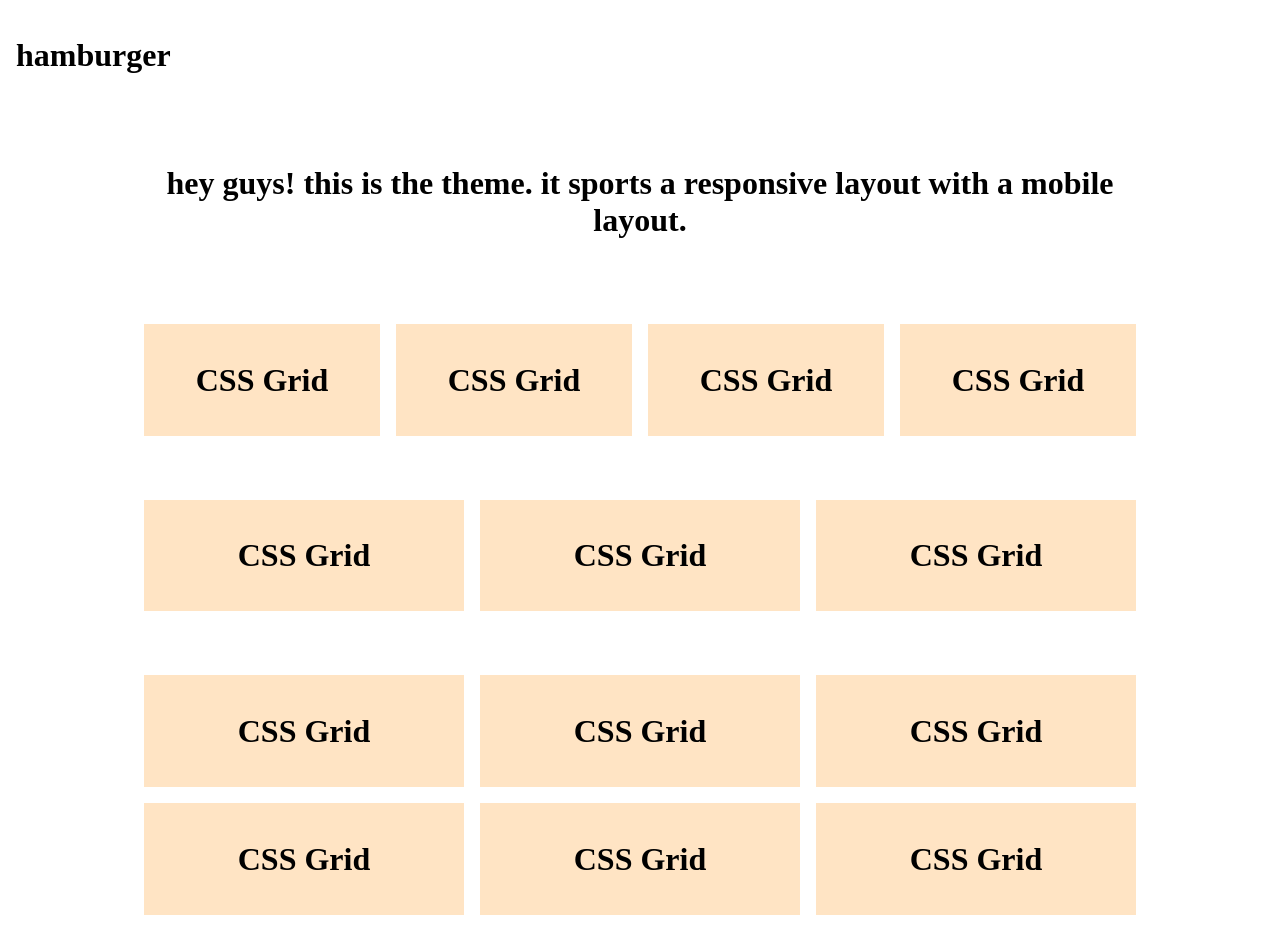
Repository: jjennbui/MDIA2003G-Assignment03B
Page: index.html
These files come from the project's save history. The page is drawn as it stood at one moment and after the next save; the edit follows.
The browser window is 1280 px wide. The pictures show the whole page.

Above is the page before, as saved 2023-01-24 20:28:23.

### index.html
<!doctype html>
<html class="no-js" lang="">

<head>
  <meta charset="utf-8">
  <title></title>
  <meta name="description" content="">
  <meta name="viewport" content="width=device-width, initial-scale=1">

  <meta property="og:title" content="">
  <meta property="og:type" content="">
  <meta property="og:url" content="">
  <meta property="og:image" content="">

  <link rel="manifest" href="site.webmanifest">
  <link rel="apple-touch-icon" href="icon.png">
  <!-- Place favicon.ico in the root directory -->

  <link rel="stylesheet" href="css/normalize.css">
  <link rel="stylesheet" href="css/main.css">

  <meta name="theme-color" content="#fafafa">
</head>

<body>

  <div class="menu">
    <H1>hamburger</H1>
  </div>

  <div class="SECTION-ONE">
    <div class="row">
     <h1>hey guys! this is the theme. it sports a responsive layout with a mobile layout.</h1>
    </div>
  </div>

  <div class="SECTION-TWO">
    <div class="row m-row-2">
      <div class="col">
        <h1>CSS Grid</h1>
      </div>
      <div class="col">
        <h1>CSS Grid</h1>
      </div>
      <div class="col">
        <h1>CSS Grid</h1>
      </div>
      <div class="col">
        <h1>CSS Grid</h1>
      </div>
    </div>
  </div>

<div class="SECTION-THREE">
  <div class="row m-row-3">
    <div class="col m-row-span">
      <h1>CSS Grid</h1>
    </div>
    <div class="col">
      <h1>CSS Grid</h1>
    </div>
    <div class="col">
      <h1>CSS Grid</h1>
    </div>
    <div class="column">
      <h1>CSS Grid</h1>
    </div>
  </div>
</div>

<div class="SECTION-FOUR">
  <div class="row m-row-4">
    <div class="col m-row-span">
      <h1>CSS Grid</h1>
    </div>
    <div class="col">
      <h1>CSS Grid</h1>
    </div>
    <div class="col">
      <h1>CSS Grid</h1>
    </div>
    <div class="col">
      <h1>CSS Grid</h1>
    </div>
    <div class="col">
      <h1>CSS Grid</h1>
    </div>
    <div class="col">
      <h1>CSS Grid</h1>
    </div>
  </div>
</div>

</body>

</html>

### css/main.css













*,
*:before,
*:after {
  box-sizing: border-box;
}

img{
  width: 100%;
}




div,
main,
section,
footer,
main,
header {

  min-height: 1rem;
  padding: 1rem;


}

.row{
  display: grid;
  row-gap: 1rem;

}

.col{
  position: relative;
  background-color: bisque;
}

.column{
  background-color: bisque;
}

.hamburger{
  text-align: end;
}

.row{
  margin-left: 7rem;
  margin-right: 7rem;

  column-gap: 1rem;
  row-gap: 1rem;
  text-align: center;
}

/* Small only */
@media screen and (max-width: 39.9375em) {}

/* Medium and up */
@media screen and (min-width: 40em) {

  .m-row-2{
    grid-template-columns: 1fr 1fr;
  }

  .m-row-3{
    grid-template-columns: repeat(2, 1fr);
  }

  .m-row-4{
    grid-template-columns: repeat(2, 1fr);
  }

  .hamburger{
    display: none;
  }
}


/* Medium only */
@media screen and (min-width: 40em) and (max-width: 63.9375em) {}

/* Large and up */
@media screen and (min-width: 64em) {
  .m-row-2{
    grid-template-columns: repeat(4, 1fr);
  }

  .m-row-3{
    grid-template-columns: 1fr 1fr 1fr;
  }

  .m-row-4{
    grid-template-columns: repeat(3, 1fr);
  }

  .column{
    display: none;



}

/* Large only */
@media screen and (min-width: 64em) and (max-width: 74.9375em) {

}

Loaded but not shown: css/normalize.css (library)

After the next save:
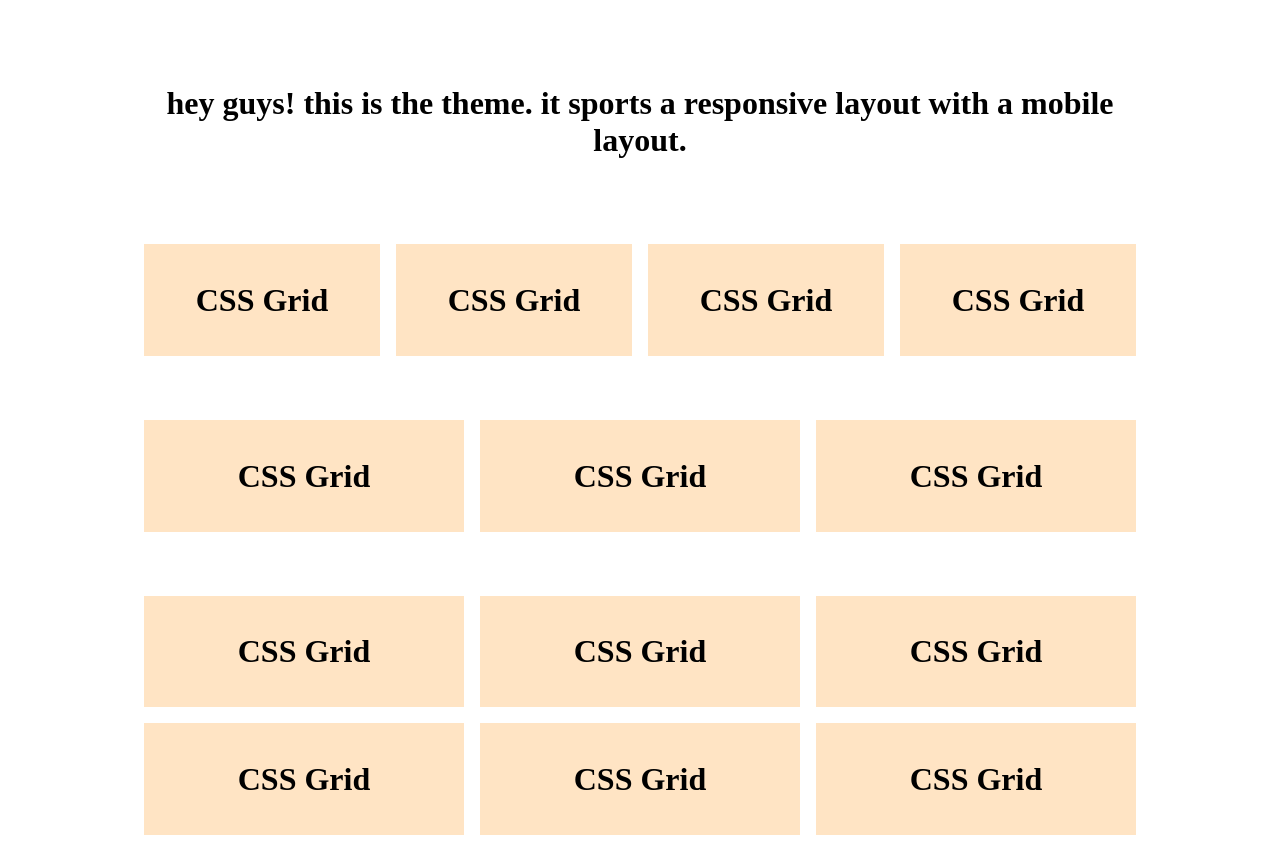
Saved 8 s later.
--- a/index.html
+++ b/index.html
@@ -25,7 +25,7 @@
 <body>
 
   <div class="menu">
-    <H1>hamburger</H1>
+    <H1 class="hamburger">hamburger</H1>
   </div>
 
   <div class="SECTION-ONE">
